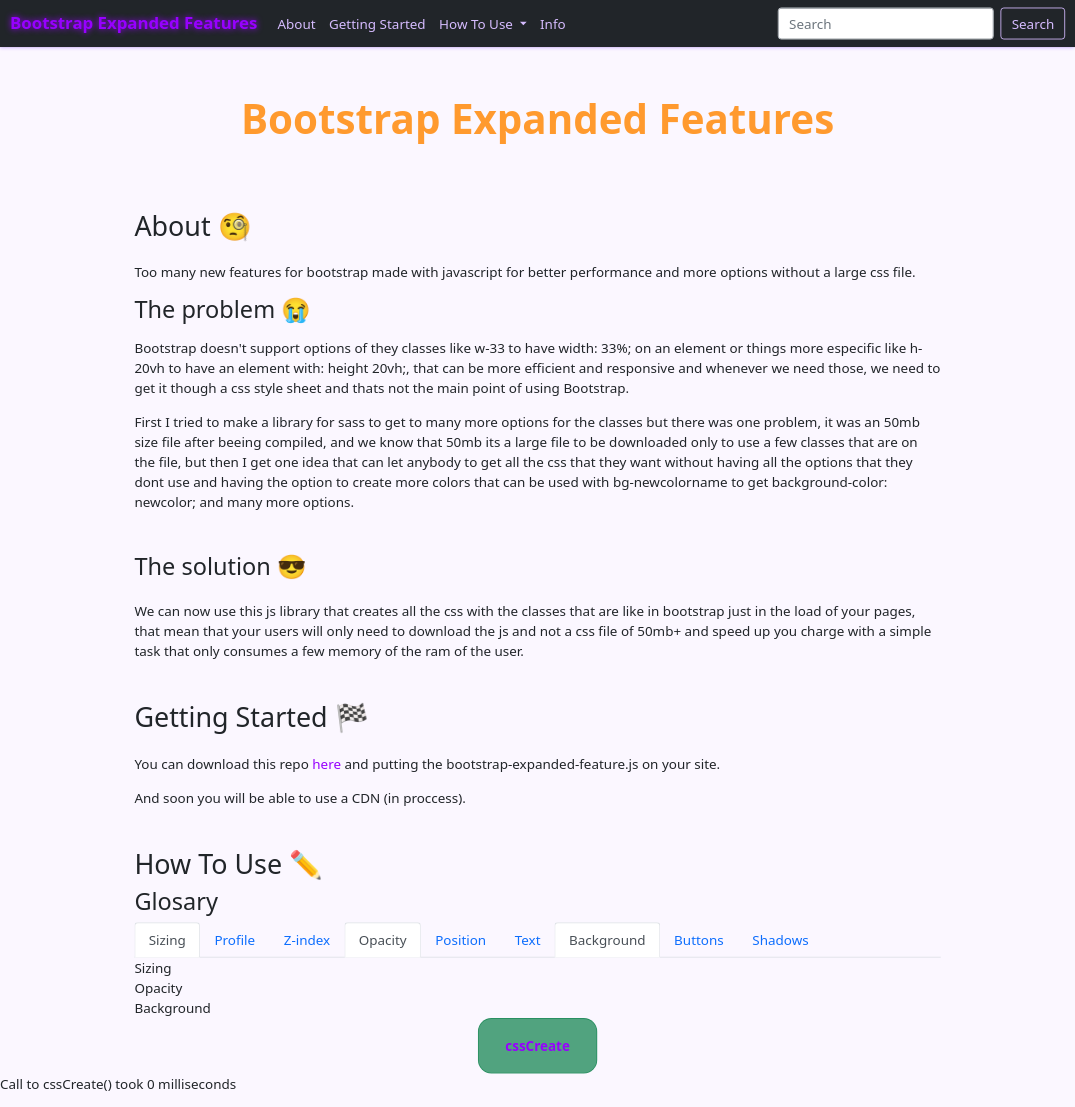
Repository: LynxPardelle/bootstrap-expanded-features
Page: index.html
The author's editor kept a copy of each file at every save. The page is drawn from the files as they stood at one save, then again after the next save.
The browser window is 1280 px wide. The pictures show the whole page, at 84% of full size.

Above is the page before, as saved 2022-01-02 03:35:42.

After the next save:
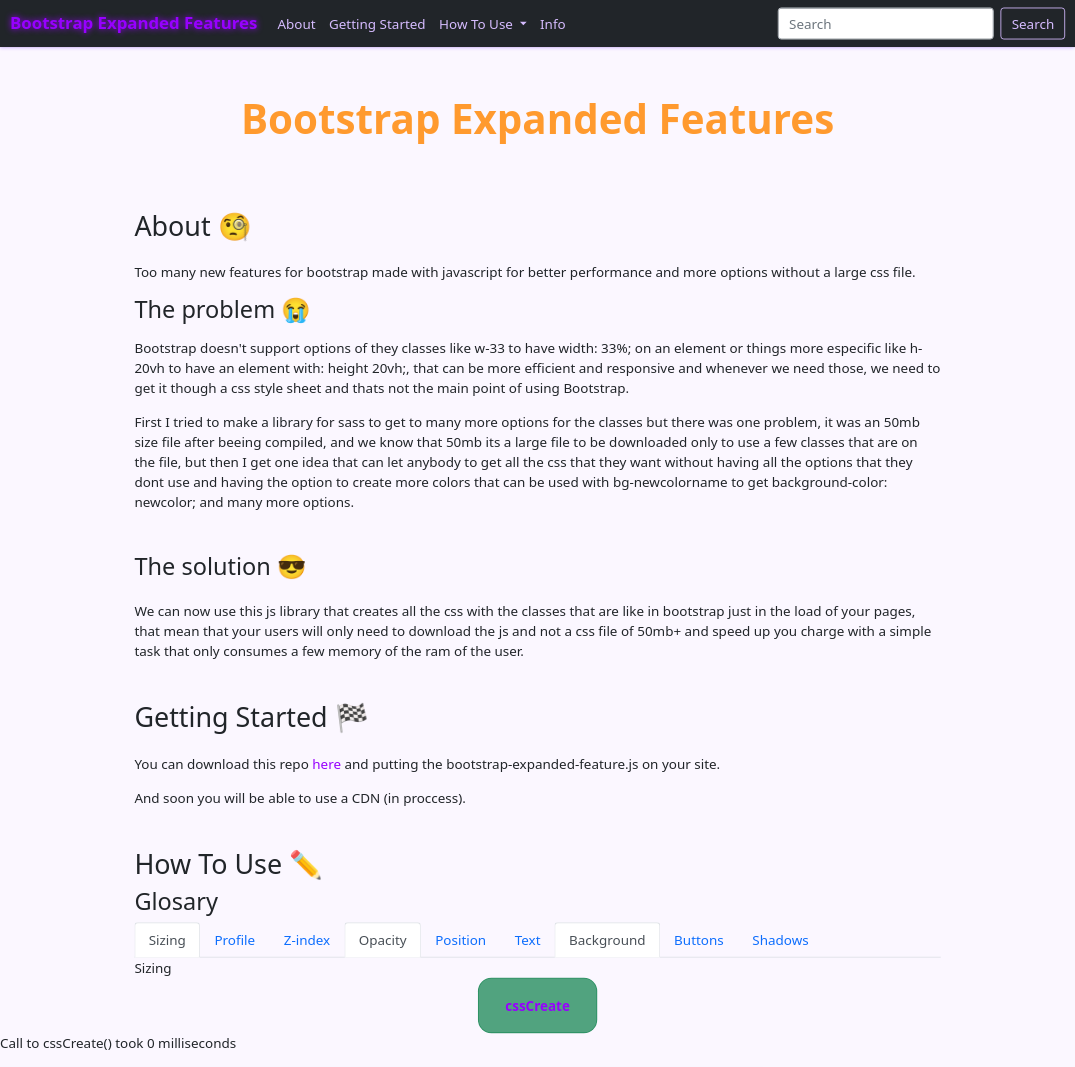
Saved 51 s later.
--- a/index.html
+++ b/index.html
@@ -339,7 +339,7 @@
                 Z-Index
               </div>
               <div
-                class="tab-pane fade show active"
+                class="tab-pane fade"
                 id="nav-opacity"
                 role="tabpanel"
                 aria-labelledby="nav-opacity-tab"
@@ -363,7 +363,7 @@
                 Text
               </div>
               <div
-                class="tab-pane fade show active"
+                class="tab-pane fade"
                 id="nav-background"
                 role="tabpanel"
                 aria-labelledby="nav-background-tab"
